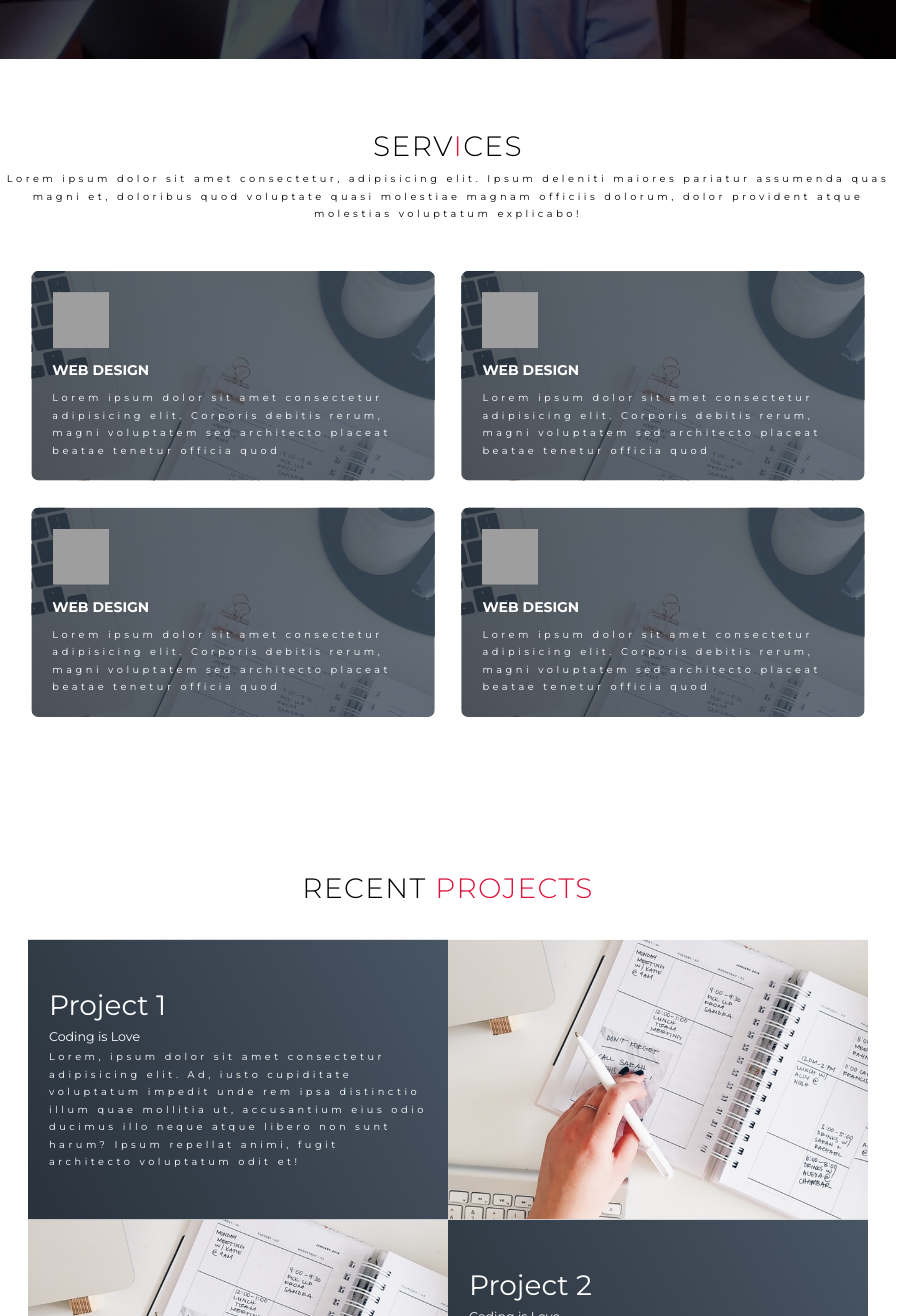
Repository: randysteele/my-portfolio-2023
Page: index.html
These files come from the project's save history. The page is drawn as it stood at one moment and after the next save; the edit follows.
The browser window is 1280 px wide. The page is 1311 px wide, so the pictures cover 1311 px, including what lies to the right of the window. The pictures show the part of the page from y = 635 to 2515 px (the page is 5780 px tall before and 5855 px after), at 70% of full size.
Pictures or frames that could not be fetched are drawn as grey boxes.

Above is the page before, as saved 2023-04-23 20:27:04.

### index.html
<!DOCTYPE html>
<html lang="en">
<head>
    <meta charset="UTF-8">
    <meta http-equiv="X-UA-Compatible" content="IE=edge">
    <meta name="viewport" content="width=device-width, initial-scale=1.0">
    <link rel="stylesheet" href="style.css">
    <title>Randy Steele Portfolio</title>
</head>
<body>
    <!-- Hero Section -->
    <section id="hero">
        <div class="hero container">
            <div>
            <h1>Hello, <span></span></h1>
            <h1>My Name Is <span></span></h1>
            <h1>Randy <span></span></h1>
            <a href="#" type="button" class="cta">Portfolio</a>
        </div>
    </div>
    </section>
    <!-- End Hero Section -->

    <!-- Services Section -->
    <section id="services">
        <div class="services container">
          <div class="service-top">
            <h1 class="section-title">Serv<span>i</span>ces</h1>
            <p>Lorem ipsum dolor sit amet consectetur, adipisicing elit. Ipsum deleniti maiores pariatur assumenda quas
              magni et, doloribus quod voluptate quasi molestiae magnam officiis dolorum, dolor provident atque molestias
              voluptatum explicabo!</p>
          </div>
          <div class="service-bottom">
            <div class="service-item">
              <div class="icon"><img src="https://img.icons8.com/bubbles/100/000000/services.png" /></div>
              <h2>Web Design</h2>
              <p>Lorem ipsum dolor sit amet consectetur adipisicing elit. Corporis debitis rerum, magni voluptatem sed
                architecto placeat beatae tenetur officia quod</p>
            </div>
            <div class="service-item">
              <div class="icon"><img src="https://img.icons8.com/bubbles/100/000000/services.png" /></div>
              <h2>Web Design</h2>
              <p>Lorem ipsum dolor sit amet consectetur adipisicing elit. Corporis debitis rerum, magni voluptatem sed
                architecto placeat beatae tenetur officia quod</p>
            </div>
            <div class="service-item">
              <div class="icon"><img src="https://img.icons8.com/bubbles/100/000000/services.png" /></div>
              <h2>Web Design</h2>
              <p>Lorem ipsum dolor sit amet consectetur adipisicing elit. Corporis debitis rerum, magni voluptatem sed
                architecto placeat beatae tenetur officia quod</p>
            </div>
            <div class="service-item">
              <div class="icon"><img src="https://img.icons8.com/bubbles/100/000000/services.png" /></div>
              <h2>Web Design</h2>
              <p>Lorem ipsum dolor sit amet consectetur adipisicing elit. Corporis debitis rerum, magni voluptatem sed
                architecto placeat beatae tenetur officia quod</p>
            </div>
          </div>
        </div>
      </section>
<!-- End Services Section -->

 <!-- Projects Section -->
 <section id="projects">
    <div class="projects container">
      <div class="projects-header">
        <h1 class="section-title">Recent <span>Projects</span></h1>
      </div>
      <div class="all-projects">
        <div class="project-item">
          <div class="project-info">
            <h1>Project 1</h1>
            <h2>Coding is Love</h2>
            <p>Lorem, ipsum dolor sit amet consectetur adipisicing elit. Ad, iusto cupiditate voluptatum impedit unde
              rem ipsa distinctio illum quae mollitia ut, accusantium eius odio ducimus illo neque atque libero non sunt
              harum? Ipsum repellat animi, fugit architecto voluptatum odit et!</p>
          </div>
          <div class="project-img">
            <img src="./img/img-1.png" alt="img">
          </div>
        </div>
        <div class="project-item">
          <div class="project-info">
            <h1>Project 2</h1>
            <h2>Coding is Love</h2>
            <p>Lorem, ipsum dolor sit amet consectetur adipisicing elit. Ad, iusto cupiditate voluptatum impedit unde
              rem ipsa distinctio illum quae mollitia ut, accusantium eius odio ducimus illo neque atque libero non sunt
              harum? Ipsum repellat animi, fugit architecto voluptatum odit et!</p>
          </div>
          <div class="project-img">
            <img src="./img/img-1.png" alt="img">
          </div>
        </div>
        <div class="project-item">
          <div class="project-info">
            <h1>Project 3</h1>
            <h2>Coding is Love</h2>
            <p>Lorem, ipsum dolor sit amet consectetur adipisicing elit. Ad, iusto cupiditate voluptatum impedit unde
              rem ipsa distinctio illum quae mollitia ut, accusantium eius odio ducimus illo neque atque libero non sunt
              harum? Ipsum repellat animi, fugit architecto voluptatum odit et!</p>
          </div>
          <div class="project-img">
            <img src="./img/img-1.png" alt="img">
          </div>
        </div>
        <div class="project-item">
          <div class="project-info">
            <h1>Project 4</h1>
            <h2>Coding is Love</h2>
            <p>Lorem, ipsum dolor sit amet consectetur adipisicing elit. Ad, iusto cupiditate voluptatum impedit unde
              rem ipsa distinctio illum quae mollitia ut, accusantium eius odio ducimus illo neque atque libero non sunt
              harum? Ipsum repellat animi, fugit architecto voluptatum odit et!</p>
          </div>
          <div class="project-img">
            <img src="./img/img-1.png" alt="img">
          </div>
        </div>
        <div class="project-item">
          <div class="project-info">
            <h1>Project 5</h1>
            <h2>Coding is Love</h2>
            <p>Lorem, ipsum dolor sit amet consectetur adipisicing elit. Ad, iusto cupiditate voluptatum impedit unde
              rem ipsa distinctio illum quae mollitia ut, accusantium eius odio ducimus illo neque atque libero non sunt
              harum? Ipsum repellat animi, fugit architecto voluptatum odit et!</p>
          </div>
          <div class="project-img">
            <img src="./img/img-1.png" alt="img">
          </div>
        </div>
      </div>
    </div>
  </section>
  <!-- End Projects Section -->


<!-- End Projects Section -->

<!-- About Section -->

<section id="about">
    <div class="about container">
        <div class="col-left">
            <div class="about-img">
                <img src="./img/about.jpeg" alt="img">
            </div>
        </div>
        <div class="col-right">
            <h1 class="section-title">About <span>me</span></h1>
            <h2>Front End Developer</h2>
            <p>Lorem, ipsum dolor sit amet consectetur adipisicing elit. Ad, iusto cupiditate voluptatum impedit unde
                rem ipsa distinctio illum quae mollitia ut, accusantium eius odio ducimus illo neque atque libero non sunt
                harum? Ipsum repellat animi, fugit architecto voluptatum odit et!</p>
                <a class="cta" href="#">Download Resume</a>
        </div>
    </div>
</section>
<!-- End About Section -->

<!-- Contact Section -->
<section id="contact">
    <div class="contact container">
        <div><h1 class="section-title">Contact <span>info</span></h1></div>
        <div class="contact-items">
            <div class="contact-item">
                <div class="icon"><img src="https://img.icons8.com/external-flatart-icons-flat-flatarticons/64/null/external-phone-contact-us-flatart-icons-flat-flatarticons.png"/></div>
                <div class="contact-info">
                    <h1>Phone:</h1>
                    <h2>513-939-6679</h2>
                    <h2></h2>
                </div>
            </div>
            <div class="contact-item">
                <div class="icon"><img src="https://img.icons8.com/color/48/000000/filled-message.png"/></div>
                <div class="contact-info">
                    <h1></h1>
                    <h2><a href="mailto:steelerx155@gmail.com">Email Me </a></h2><br>
                    <h2></h2>
                </div>
            </div>

            <div class="contact-item">
                <div class="icon"><img src="https://img.icons8.com/external-color-outline-adri-ansyah/64/null/external-property-real-estate-color-outline-adri-ansyah-39.png"/></div>
                <div class="contact-info">
                    <h1>Address:</h1>
                    <h2>Hamilton OH, USA </h2>
                    <h2></h2>
                </div>
            </div>
            <div class="contact-item">
                <div class="icon"><img src="https://img.icons8.com/material-two-tone/24/null/github.png"/></div>
                <div class="contact-info">
                    <h2><a  href="https://github.com/randysteele" target="_blank">Git hub</a></h2>
                    <h2></h2>
                </div>
            </div>


            <div class="contact-item">
                <div class="icon"><img src="https://img.icons8.com/dotty/80/null/linkedin.png"/></div>
                <div class="contact-info">
                    <h2><a href="https://www.linkedin.com/in/randysteele/" target="_blank">LinkedIn</a></h2>
                    <h2></h2>
                </div>
            </div>



        </div>
    </div>
</section>
<!-- End Contact Section -->

<!-- Footer Section -->

<section id="footer">
    <div class="footer container">
        <div class="brand"><h1><span>R</span>andy <span>S</span>teele</h1></div>
        <h2>Your Complete Web Solution</h2>
        <div class="social-icon">
            <div class="social-item">
                <a href="#"><img src="https://img.icons8.com/color/48/null/facebook-new.png"/></a>
            </div>

            <div class="social-item">
                <a href="#"><img src="https://img.icons8.com/fluency/48/null/twitter.png"/></a>
            </div>

            <div class="social-item">
                <a href="#"><img src="https://img.icons8.com/ios-glyphs/30/null/instagram-new.png"/></a>
            </div>

            <div class="social-item">
                <a href="#"><img src="https://img.icons8.com/material-two-tone/24/null/github.png"/></a>
            </div>
        </div>
        <p>Copyright © 2023 Randy Steele. All rights reserved.</p>
    </div>
</section>




<!-- End Footer Section -->

</body>
</html>


<a target="_blank" href="https://icons8.com/icon/53429/home-page">Icons Provided by</a>  <a target="_blank" href="https://icons8.com">Icons8</a>

### style.css
@import url('https://fonts.googleapis.com/css2?family=Montserrat:wght@300;400;700&display=swap');
* {
    padding: 0;
    margin: 0;
    box-sizing: border-box;
}
html {
    font-size: 10px;
    font-family: "Montserrat", "sans-serif";
}
a {
    text-decoration: none;
}
.container {
    min-height: 100vh;
    width: 100%;
    display: flex;
    align-items: center;
    justify-content: center;
}

img{
    height: 100%;
    width: 100%;
    object-fit: cover;
}

p {
    color: black;
    font-size: 1.4rem;
    margin-top: 5px;
    line-height: 2.5rem;
    font-weight: 300px;
    letter-spacing: 0.5rem;
}

.section-title {
    font-size: 4rem;
    font-weight: 300;
    color: black;
    margin-bottom: 10px;
    text-transform: uppercase;
    letter-spacing: .2rem;
    text-align: center;
}

.section-title span {
    color: crimson;
}

.brand h1{
    font-size: 3rem;
    text-transform: uppercase;
    color: white;
}

.brand span{
        color: crimson;
}


/* Hero Section */
#hero {
    background-image: url(./img/me1.jpeg);
    background-size: cover;
    background-position: top center;
    position: relative;
    z-index: 1;
}
#hero::after{
    content: '';
    position: absolute;
    left: 0;
    top: 0;
    height: 100%;
    width: 100%;
    background-color: black;
    opacity: 0.7;
    z-index: -1;
}
#hero .hero{
    max-width: 1200px;
    margin: 0 auto;
    padding: 0 50px;
    justify-content: flex-start;
}
#hero h1{
    display: block;
    width: fit-content;
    font-size: 4rem;
    position: relative;
    color: transparent;
    animation: text_reveal 1s ease forwards;
    animation-delay: 1s
}
#hero h1:nth-child(1){
    animation-delay: 1s;
}
#hero h1:nth-child(2){
    animation-delay: 2s;
}
#hero h1:nth-child(3){
    animation: text_reveal_name .5s ease forwards;
    animation-delay: 3s;
}

.cta {
  display: inline-block;
  padding: 10px 30px;
  color: white;
  background-color: transparent;
  border: 2px solid crimson;
  font-size: 2rem;
  text-transform: uppercase;
  letter-spacing: 0.1rem;
  margin-top: 30px;
  transition: 0.3s ease;
  transition-property: background-color, color;
}
.cta:hover {
    color: white;
    background-color: crimson;
}
#hero h1 span {
    position: absolute;
    top: 0;
    left: 0;
    height: 100%;
    width: 0;
    background-color: crimson;
    animation: text_reveal_box 1s ease;
    animation-delay: .3s;
}

#hero h1:nth-child(1) span {
    animation-delay: 1s;
}
#hero h1:nth-child(2) span {
    animation-delay: 2s;
}

#hero h1:nth-child(3) span {
    animation-delay: 3s;
}

/* End Hero Section */


/* Services Section */

#services .services{
 flex-direction: column;
 text-align: center;
 max-width: 1500px;
 margin: 0 auto;
 padding: 100px 0;
}


#services .service-top p {
    color: black;
    font-size: 1.4rem;
    margin-top: 5px;
    line-height: 2.5rem;
    font-weight: 300px;
    letter-spacing: 0.5rem;
}

#services .service-bottom {
    display: flex;
    align-items: center;
    justify-content: center;
    flex-wrap: wrap;
    margin-top: 50px;
}

#services .service-item {
    flex-basis: 80%;
    display: flex;
    align-items: flex-start;
    justify-content: center;
    flex-direction: column;
    padding: 30px;
    border-radius: 10px;
    background-image: url(./img/img-1.png);
    background-size: cover;
    margin: 10px 5%;
    position: relative;
    z-index: 1;
    overflow: hidden;
}

#services .service-item::after {
    content: "";
    position: absolute;
    left: 0;
    top: 0;
    height: 100%;
    width: 100%;
    background-image: linear-gradient(60deg, #29323c 0%, #485563 100%);
    opacity: .8;
    z-index: -1;
}

#services .service-bottom .icon {
  height: 80px;
  width: 80px;
  margin-bottom: 20px;
}

#services .service-item h2 {
    font-size: 2rem;
    color: white;
    margin-bottom: 10px;
    text-transform: uppercase;
}

#services .service-item p{
    color: white;
    text-align: left;
}
/* End Services Section */


/* Projects Section */

#projects .projects{
    flex-direction: column;
    max-width: 1200px;
    margin: 0 auto;
    padding: 100px 0;
}

#projects .projects-header h1{
margin-bottom: 50px;
}

#projects .all-projects {
    display: flex;
    align-items: center;
    justify-content: center;
    flex-direction: column;
}

#projects .project-item {
    display: flex;
    align-items: center;
    justify-content: center;
    flex-direction: column;
    width: 80%;
    margin: 20px auto;
    overflow: hidden;
    border-radius: 10px;

}

#projects .project-info {
    padding: 30px;
    flex-basis: 50%;
    height: 100%;
    display: flex;
    align-items: flex-start;
    justify-content: center;
    flex-direction: column;
    background-image: linear-gradient(60deg, #29323c 0%, #485563 100%);
    color: white;
}
#projects .project-info h1{
    font-size: 4rem;
    font-weight: 500;
}

#projects .project-info h2{
 font-size: 1.8rem;
 font-weight: 500;
 margin-top: 10px;
}

#projects .project-info p {
    color: white;
}

#projects .project-img{
    flex-basis: 50%;
    height: 300px;
    overflow: hidden;
}
#projects .project-img:after {
    content: '';
    position: absolute;
    left: 0;
    top: 0;
    height: 100%;
    width: 100%;
    background-image: linear-gradient(60deg, #29323c 0%, #485563 100%);
    opacity: .7;
}
#projects .project-img img {
    transition: .3s ease transform;
}
#projects .project-item:hover .project-img img {
    transform: scale(1.1);
}
/* End Projects Section */

/* About Section */
#about .about {
    flex-direction: column-reverse;
    text-align: center;
    max-width: 1200px;
    margin: 0 auto;
    padding: 100px 20px;
}
#about .col-left{
   width: 250px;
   height: 360px;
}

#about .col-right{
    width: 100%;
}

#about .col-right h2{
    font-size: 1.8rem;
    font-weight: 500;
    letter-spacing: .2rem;
    margin-bottom: 10px;
}

#about .col-right p{
    margin-bottom: 20px;
}

#about .col-right .cta{
    color: black;
    margin-bottom: 50px;
    padding: 10px 20px;
    font-size: 2rem;
}
#about .col-left .about-img {
    position: relative;
}

#about .col-left .about-img::after {
    content: "";
    position: absolute;
    left: -33px;
    top: 19px;
    height: 98%;
    width: 98%;
    border: 7px solid crimson;
    z-index: -1;
}
/* End About Section */

/* Contact Section */

#contact .contact {
    flex-direction: column;
    max-width: 1200px;
    margin: 0 auto;
}

#contact .contact-items{
    width: 400px;
}

#contact .contact-item{
    width: 80%;
    padding: 20px;
    text-align: center;
    border-radius: 10px;
    margin: 30px;
    display: flex;
    justify-content: center;
    align-items: center;
    flex-direction: column;
    box-shadow: 0px 0px 18px 0px #0000002c;
}

#contact .icon{
    width: 70px;
    margin: 0 auto;
    margin-bottom: 10px;
}

#contact .info h1{
    font-size: 2.5rem;
    font-weight: 500;
    margin-bottom: 5px;
}

#contact .info h1{
    font-size: 1.3rem;
    line-height: 2rem;
    font-weight: 50;
}

#contact .contact-item:hover {
    box-shadow: 0px 0px 5px 0 #0000002c;
    transition: .3x ease box-shadow;
}
/* End Contact Section */

/* Footer Section */

#footer {
    background-image: linear-gradient(60deg, #29323c 0%, #485563 100%);
}

#footer .footer{
  min-height: 200px;
  flex-direction: column;
  padding-top: 50px;
  padding-bottom: 10px;
}

#footer h2 {
    color: white;
    font-weight: 500;
    font-size: 1.8rem;
    letter-spacing: .1rem;
    margin-top: 10px;
    margin-bottom: 10px;
}

#footer .social-icon{
    display: flex;
    margin-bottom: 30px;
}

#footer .social-item{
    height: 50px;
    width: 50px;
    margin: 0 5px;
}

#footer .social-item img{
    filter: grayscale(1);
    transition: .3s ease filter;
}

#footer .social-item:hover img{
    filter: grayscale(0)
}

#footer p{
    color: white;
    font-size: 1.3rem;
}

/* End Footer Section */

/* Keyframes */

@keyframes text_reveal_box {
    50%{
        width: 100%;
        left: 0;
    }
    100%{
        width: 0;
        left: 100%;
    }
}

@keyframes text_reveal{
    100%{
        color: white;

    }
}
@keyframes text_reveal_name{
    100%{
        color: crimson;
        font-weight: 500px;
    }
}

/* End Keyframes  */

/* Media Query For Tablet */
@media only screen and(min-width: 768px){
.cta{
    font-size: 2.5rem;
    padding: 20px 60px;
    }
    h1.section-title{
        font-size: 7rem;
    }
}
/* Hero */
#hero h1{
    font-size: 7rem;
}
/* End Hero */

/* Service Section */
#services .service-bottom .service-item{
    flex-basis: 45%;
    margin: 1.5%;
}
/* End Service Section */

/* Project Section */
#projects .project-item{
    flex-direction: row;
}

#projects .project-item{
    height: 400px;
    margin: 0;
    width: 100%;
    border-radius: 0;
}
#projects .all-projects .project-info{
    height: 100%;
}
#projects .all-projects .project-img{
    height: 100%;
}

#projects .project-item:nth-child(even) {
    flex-direction: row-reverse;
}
/* End Project Section */

/* About Section */
#about .about{
    flex-direction: row;
}

#about .col-left{
    width: 600px;
    height: 400px;
    padding-left: 60px;
}

#about .about .col-left .about-img::After {
    left: -45px;
    top: 34px;
    height: 98%;
    width: 98%;
    border: 10px solid crimson;
}
#about .col-right {
    text-align: left;
    padding: 30px;
}
#about .col-right h1{
    text-align: left;
}
/* End About Section */


/* Contact Section */
#contact .contact{
    flex-direction: column;
    padding: 100px 0;
    align-items: center;
    justify-content: center;
    min-width: 20vh;
}
#contact .contact-items{
    width: 100%;
    display: flex;
    flex-direction: row;
    padding: 20px;
    margin: 0;
}
#contact .contact-item{
    margin: 20px;
    flex-direction: row;
}
#contact .contact-item .icon{
    height: 100px;
    width: 100px;
}
#contact .contact-item .icon img{
    object-fit: contain;
}
#contact .contact-item .contact-info{
    width: 100%;
    text-align: left;
    padding-left: 20px;
}
/* End Media Query For Tablet */

/* Media Query for Desktop */
@media only screen and(min-width: 1200px){
#services .service-bottom .service-item{
    flex-basis: 22%;
    margin: 1.5%;
    }
}



/* End Media Query for Desktop */

After the next save:
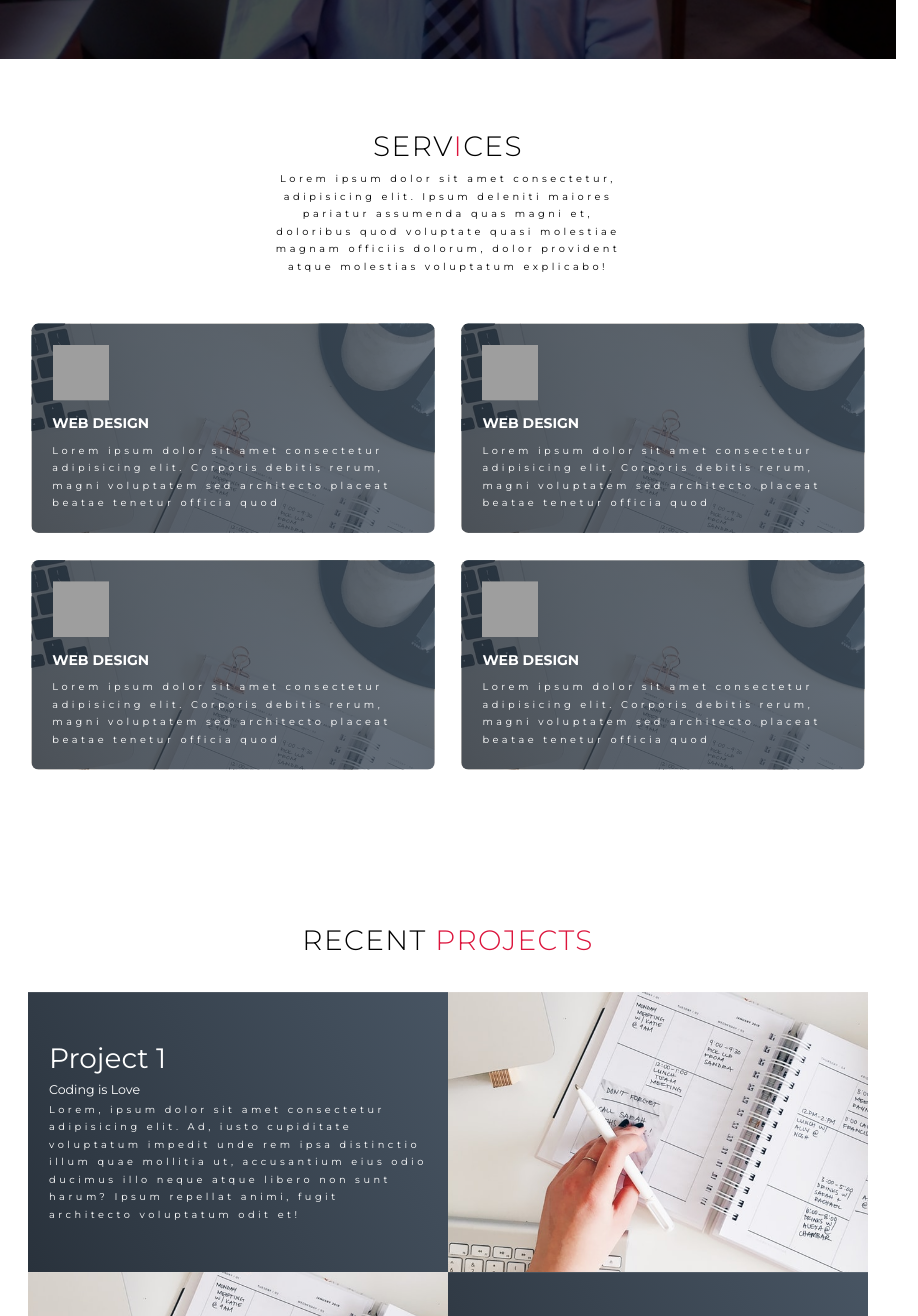
Saved 98 s later.
--- a/style.css
+++ b/style.css
@@ -165,7 +165,10 @@ p {
     font-weight: 300px;
     letter-spacing: 0.5rem;
 }
-
+#services .service-top{
+    width: 500px;
+    margin: 0 auto;
+}
 #services .service-bottom {
     display: flex;
     align-items: center;
